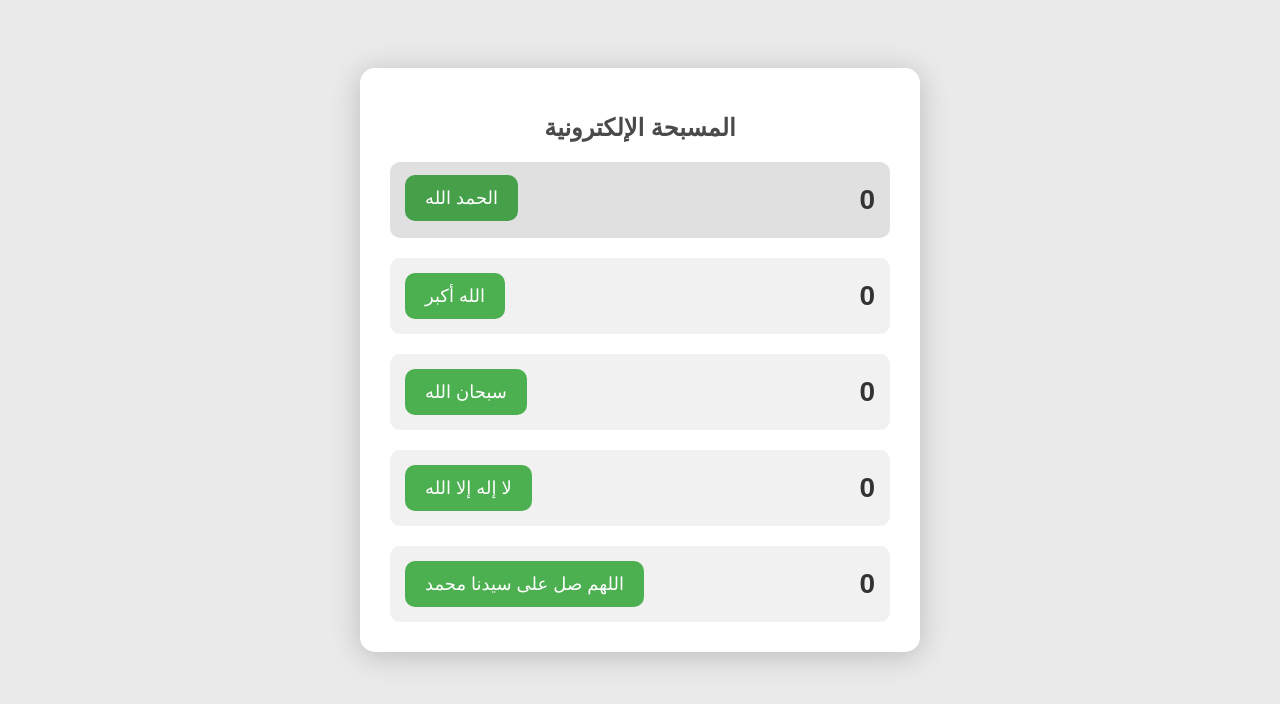
Repository: ShahdKItany/Electronic-Rosary
Page: index.html
An editor plug-in stored every save of this project. The page is shown before and after the next save, followed by the edit.
The browser window is 1280 px wide. The pictures show the whole page.
The pointer rests on the first visible `button`.

Above is the page before, as saved 2024-10-23 00:52:24.

After the next save:
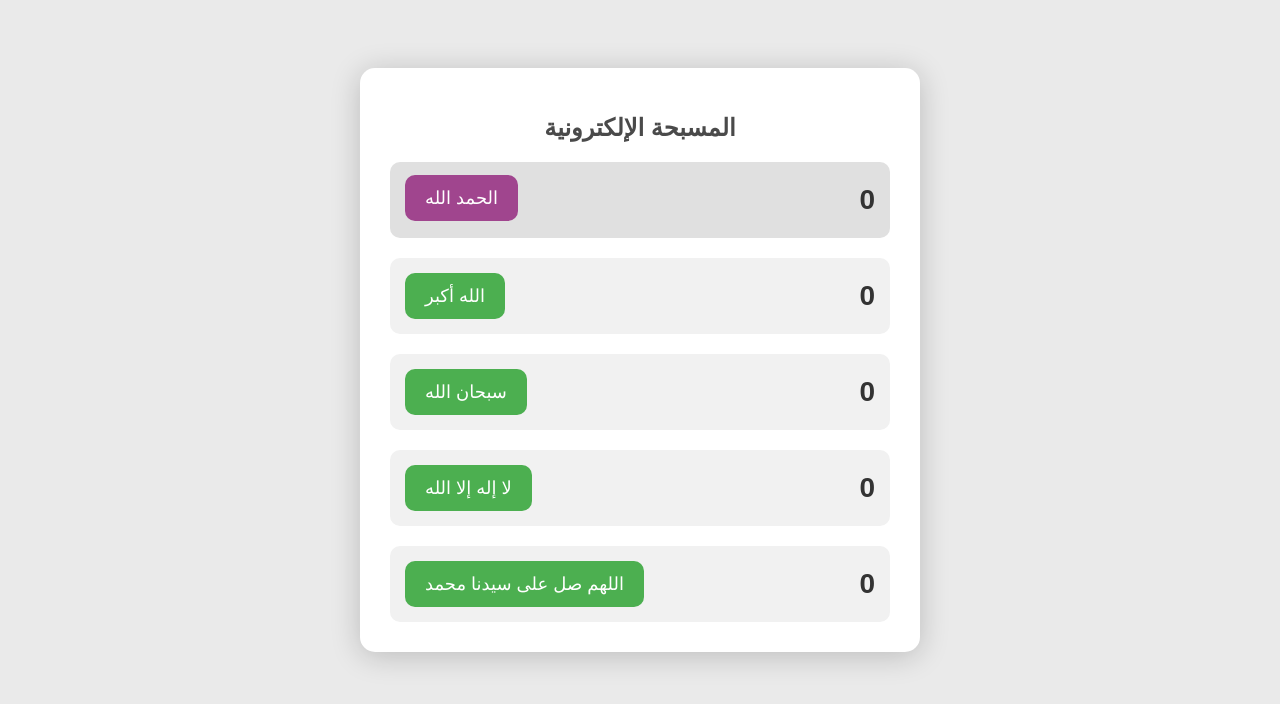
Saved 30 s later.
--- a/styles.css
+++ b/styles.css
@@ -57,7 +57,7 @@ body {
   }
 
   button:hover {
-    background-color: #45a049;
+    background-color: #a0458e;
     transform: translateY(-2px);
   }
 
